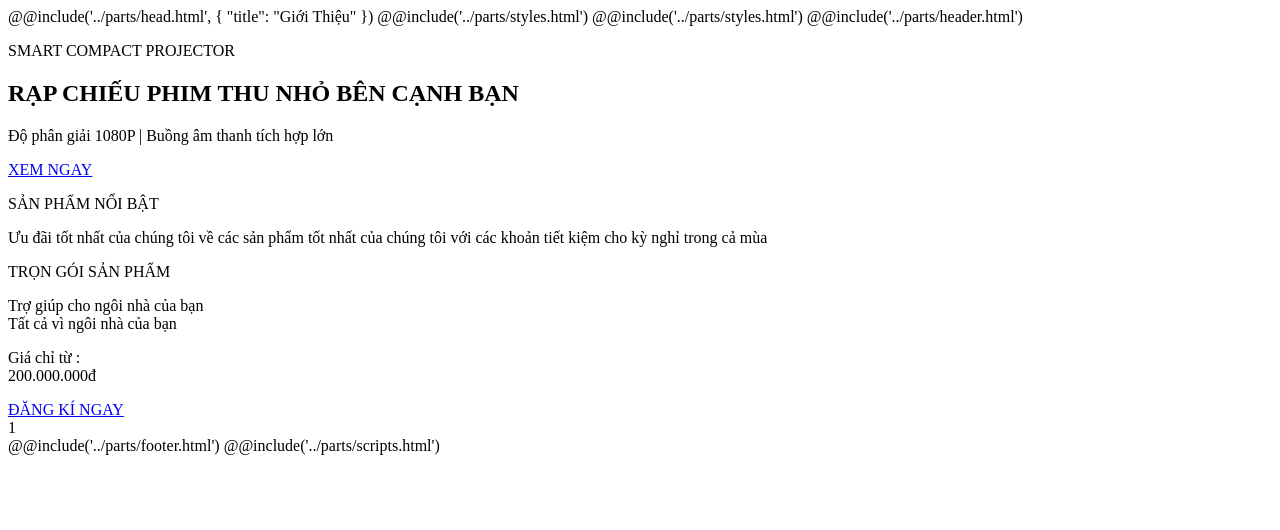
Repository: thanhthien0706/startsup
Page: src/views/pages/index.html
These files come from the project's save history. The page is drawn as it stood at one moment and after the next save; the edit follows.
The browser window is 1280 px wide. The pictures show the whole page.

Above is the page before, as saved 2021-09-24 22:07:27.

### src/views/pages/index.html
<html lang="vi">

<head>
  <!-- include head.html -->
  @@include('../parts/head.html', {
  "title": "Giới Thiệu"
  })
  <!-- include styles.html -->
  @@include('../parts/styles.html')
  @@include('../parts/styles.html')
</head>

<body class="wrapper">
  @@include('../parts/header.html')
  <section class="section_content--index">

    <section class="section_1">
      <div class="container_edit--page--1240">
        <div class="box_content_main">
          <p class="title">SMART COMPACT PROJECTOR</p>
          <h2 class="main_title">RẠP CHIẾU PHIM THU NHỎ BÊN CẠNH BẠN</h2>
          <p class="description">Độ phân giải 1080P | Buồng âm thanh tích hợp lớn</p>
          <a href="#" class="btn_xem-ngay">XEM NGAY</a>
        </div>
      </div>
    </section>

    <section class="section_2">
      <div class="container_edit--page--1240">
        <div class="box_main_st_2">

          <div class="box_heading">
            <p class="title">SẢN PHẨM NỔI BẬT</p>
            <p class="description">Ưu đãi tốt nhất của chúng tôi về các sản phẩm tốt nhất của chúng tôi với các khoản tiết kiệm cho kỳ nghỉ trong cả mùa</p>
          </div>

          <div class="box_content">
            <section class="item_content-1">
              <div class="row">
                <div class="col-sm-6">
                  <div class="box_bg_1">
                    <p class="logo">TRỌN GÓI SẢN PHẨM</p>
                    <p class="slogan">Trợ giúp cho ngôi nhà của bạn</br>Tất cả vì ngôi nhà của bạn</p>
                    <p class="box_price">
                      <span class="text">Giá chỉ từ : </span> </br>
                      <span class="price">200.000.000đ</span>
                    </p>
                    <a href="#" class="btn_dangKi">ĐĂNG KÍ NGAY</a>
                  </div>
                </div>
                <div class="col-sm-6">
                  1
                </div>
              </div>
            </section>
          </div>

        </div>
      </div>
    </section>

  </section>
  @@include('../parts/footer.html')

  <!-- include scripts.html -->
  @@include('../parts/scripts.html')
</body>

</html>

After the next save:
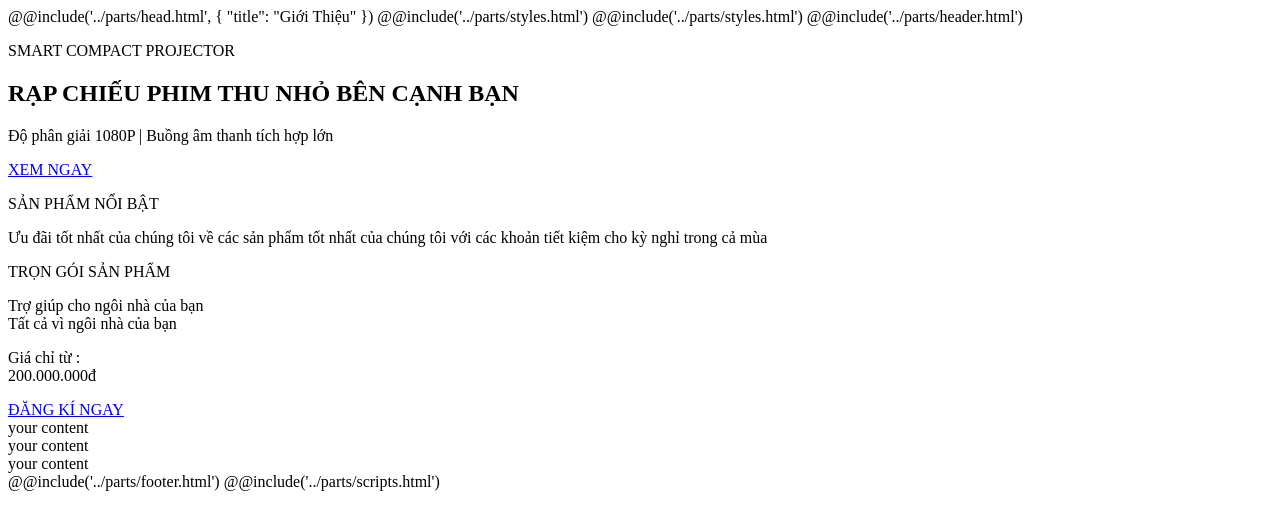
Saved 4 min 35 s later.
--- a/src/views/pages/index.html
+++ b/src/views/pages/index.html
@@ -49,7 +49,11 @@
                   </div>
                 </div>
                 <div class="col-sm-6">
-                  1
+                  <div class="your-class">
+                    <div>your content</div>
+                    <div>your content</div>
+                    <div>your content</div>
+                  </div>
                 </div>
               </div>
             </section>
